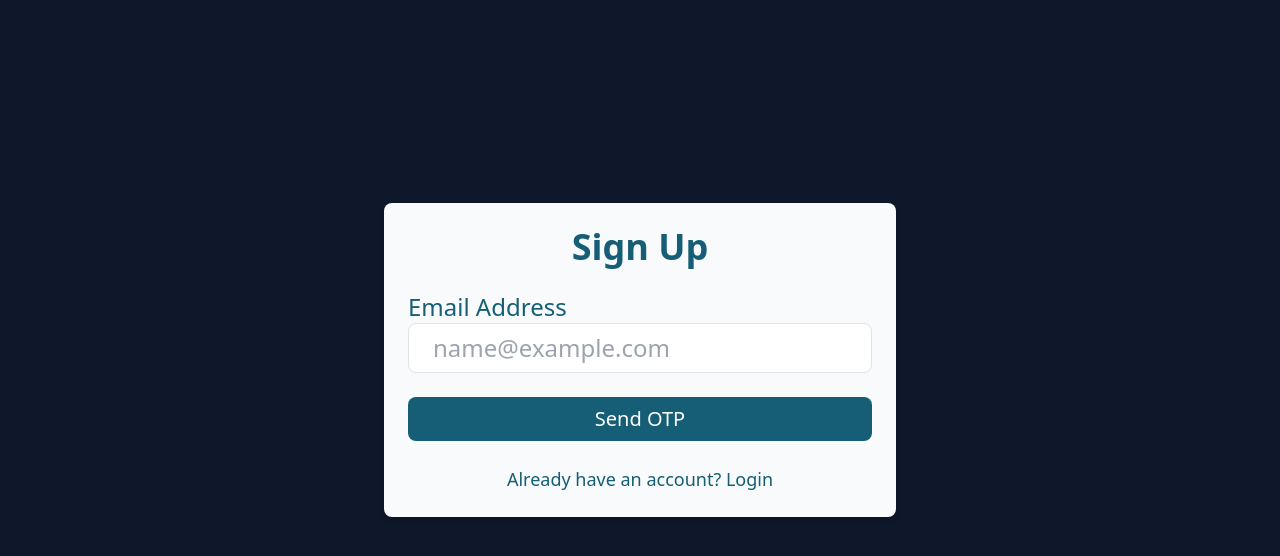
Repository: sayyad-mukthumsa-123/Movie-Verse
Page: /register (app in frontend/)
These files come from the project's save history. The page is drawn as it stood at one moment and after the next save; the edit follows.
The browser window is 1280 px wide. The pictures show the whole page.
The page's requests for data from a server got no answer. The project was rebuilt for these pictures with package versions that can differ from the ones it lists, and the page was loaded fresh each time. No one was signed in, and anything a server would have sent is missing. Also part of the build but not shown: frontend/src/pages/Welcome.jsx, frontend/src/components/Logout.jsx, frontend/src/components/Navbar.jsx, frontend/src/components/Cards.jsx, frontend/src/pages/Home.jsx, frontend/src/pages/SignIn.jsx, frontend/src/components/AvatarSelection.jsx, frontend/src/pages/MovieRecommendations.jsx and 17 more.

Above is the page before, as saved 2025-02-18 22:46:09.

### frontend/public/index.html
<!DOCTYPE html>
<html lang="en">

<head>
  <meta charset="utf-8" />
  <link rel="icon" href="%PUBLIC_URL%/favicon.ico" />
  <meta name="viewport" content="width=device-width, initial-scale=1" />
  <meta name="theme-color" content="#000000" />
  <meta name="description" content="Web site created using create-react-app" />
  <link rel="apple-touch-icon" href="%PUBLIC_URL%/logo192.png" />
  <!--
      manifest.json provides metadata used when your web app is installed on a
      user's mobile device or desktop. See https://developers.google.com/web/fundamentals/web-app-manifest/
    -->
  <link rel="manifest" href="%PUBLIC_URL%/manifest.json" />
  <link rel="stylesheet" href="https://cdn.jsdelivr.net/npm/bootstrap@5.3.2/dist/css/bootstrap.min.css"
    integrity="sha384-T3c6CoIi6uLrA9TneNEoa7RxnatzjcDSCmG1MXxSR1GAsXEV/Dwwykc2MPK8M2HN" crossorigin="anonymous" />
  <!--
      Notice the use of %PUBLIC_URL% in the tags above.
      It will be replaced with the URL of the `public` folder during the build.
      Only files inside the `public` folder can be referenced from the HTML.

      Unlike "/favicon.ico" or "favicon.ico", "%PUBLIC_URL%/favicon.ico" will
      work correctly both with client-side routing and a non-root public URL.
      Learn how to configure a non-root public URL by running `npm run build`.
    -->
  <title>MovieVerse</title>
</head>

<body>
  <noscript>You need to enable JavaScript to run this app.</noscript>
  <div id="root"></div>
  <!--
      This HTML file is a template.
      If you open it directly in the browser, you will see an empty page.

      You can add webfonts, meta tags, or analytics to this file.
      The build step will place the bundled scripts into the <body> tag.

      To begin the development, run `npm start` or `yarn start`.
      To create a production bundle, use `npm run build` or `yarn build`.
    -->
</body>

</html>

### frontend/src/index.css
/* body {
  margin: 0;
  font-family: -apple-system, BlinkMacSystemFont, 'Segoe UI', 'Roboto', 'Oxygen',
    'Ubuntu', 'Cantarell', 'Fira Sans', 'Droid Sans', 'Helvetica Neue',
    sans-serif;
  -webkit-font-smoothing: antialiased;
  -moz-osx-font-smoothing: grayscale;
}

code {
  font-family: source-code-pro, Menlo, Monaco, Consolas, 'Courier New',
    monospace;
} */


/* @tailwind base;
@tailwind components;
@tailwind utilities; */


/* @import "tailwindcss/base";
@import "tailwindcss/components";
@import "tailwindcss/utilities"; */


/* src/index.css */
@tailwind base;
@tailwind components;
@tailwind utilities;

### frontend/src/App.js
import { BrowserRouter, Route, Routes } from "react-router-dom";
import Welcome from "./pages/Welcome";
import Home from "./pages/Home";
import SignIn from "./pages/SignIn";
import SignUp from "./pages/SignUp";
import Details from "./pages/MovieDetail";
import MovieSearch from "./pages/MovieSearch";
import PopularMovies from "./pages/PopularMovies";
import TrendingMovies from "./pages/TrendingMovies";
import DirectorSearch from "./pages/DirectorSearch";
import HeroSearch from "./pages/HeroSearch";
import HeroineSearch from "./pages/HeroineSearch";
import Search from "./pages/Search";
import GenreSearch from "./pages/GenreSearch";
import LangSearch from "./pages/LangSearch";
import ProtectedRoute from "./components/ProtectedRoute"; // Import ProtectedRoute
import ProfilePage from "./pages/ProfilePage"; // ProfilePage component
import UpdateProfile from "./pages/UpdateProfile";
import ResetPassword from "./components/ResetPassword";
import ReviewRating from "./pages/ReviewRating";
import ContactUs from "./pages/ContactUs";
import MovieDetail from "./pages/MovieDetail";


const App = () => {
  return (
    <div className="App">

      <BrowserRouter>
        <Routes>

          <Route path="/" element={<Welcome />} />
          <Route path="/register" element={<SignUp />} />
          <Route path="/login" element={<SignIn />} />


          <Route
            path="/home_login"
            element={
              <ProtectedRoute>
                <Home />
              </ProtectedRoute>
            }
          />
          <Route
            path="/details"
            element={
              <ProtectedRoute>
                <Details />
              </ProtectedRoute>
            }
          />
          <Route
            path="/popular"
            element={
              <ProtectedRoute>
                <PopularMovies />
              </ProtectedRoute>
            }
          />
          <Route
            path="/trending"
            element={
              <ProtectedRoute>
                <TrendingMovies />
              </ProtectedRoute>
            }
          />
          <Route
            path="/search/movie"
            element={
              <ProtectedRoute>
                <MovieSearch />
              </ProtectedRoute>
            }
          />
          <Route
            path="/search/director"
            element={
              <ProtectedRoute>
                <DirectorSearch />
              </ProtectedRoute>
            }
          />
          <Route
            path="/search/hero"
            element={
              <ProtectedRoute>
                <HeroSearch />
              </ProtectedRoute>
            }
          />
          <Route
            path="/search/heroine"
            element={
              <ProtectedRoute>
                <HeroineSearch />
              </ProtectedRoute>
            }
          />
          <Route
            path="/search/genre"
            element={
              <ProtectedRoute>
                <GenreSearch />
              </ProtectedRoute>
            }
          />
          <Route
            path="/search/lang"
            element={
              <ProtectedRoute>
                <LangSearch />
              </ProtectedRoute>
            }
          />
          <Route
            path="/search"
            element={
              <ProtectedRoute>
                <Search />
              </ProtectedRoute>
            }
          />
          <Route
            path="/movie/:id"
            element={
              <ProtectedRoute>
                <Details />
              </ProtectedRoute>
            }
          />
          <Route path="api/profile/:email" element={
            <ProtectedRoute>
              <ProfilePage />
            </ProtectedRoute>}
          />
          <Route path="/update-profile/:email" element={
            <ProtectedRoute>
              <UpdateProfile />
            </ProtectedRoute>}
          />
          <Route path="/profile/:email" element={
            <ProtectedRoute><ProfilePage />
            </ProtectedRoute>} />
          <Route path="/reset-password/:email" element={

            <ResetPassword />

          }
          />


          {/* Movie review and rating route */}

          <Route path="/movie/:movieId/review-rating" element={
            <ProtectedRoute><ReviewRating />
            </ProtectedRoute>} />



          <Route path="/contact" element={
            <ProtectedRoute><ContactUs />
            </ProtectedRoute>} />

        </Routes>

      </BrowserRouter>
    </div>
  );
};

export default App;

### frontend/src/pages/SignUp.jsx
import React, { useEffect, useState } from "react";
import { Link, useNavigate } from "react-router-dom";
import { ToastContainer, toast } from "react-toastify";
import "react-toastify/dist/ReactToastify.css";
import { FaEye, FaEyeSlash } from "react-icons/fa";
import AvatarSelection from "../components/AvatarSelection";

const SignUp = () => {
  const [step, setStep] = useState(1);
  const [email, setEmail] = useState("");
  const [otp, setOtp] = useState("");
  const [otpSent, setOtpSent] = useState(false);
  const [isOtpVerified, setIsOtpVerified] = useState(false);
  const [username, setUsername] = useState("");
  const [password, setPassword] = useState("");
  const [confirmPassword, setConfirmPassword] = useState("");
  const [passwordVisible, setPasswordVisible] = useState(false);
  const [confirmPasswordVisible, setConfirmPasswordVisible] = useState(false);
  const [selectedAvatar, setSelectedAvatar] = useState(null);
  const navigate = useNavigate();

  useEffect(() => {
    const token = localStorage.getItem("token");
    /////see once
    if (token) {
      navigate("/home_login"); // Redirect if already logged in
    }
  }, [navigate]);

  // Validate email format
  const isValidEmail = (email) => {
    const regex = /^[a-zA-Z0-9._-]+@[a-zA-Z0-9.-]+\.[a-zAZ]{2,4}$/;
    return regex.test(email);
  };

  // Send OTP to user's email
  const sendOtp = async () => {
    if (!isValidEmail(email)) {
      toast.error("Please enter a valid email address.");
      return;
    }

    try {
      const response = await fetch("http://localhost:5000/send-otp", {
        method: "POST",
        headers: { "Content-Type": "application/json" },
        body: JSON.stringify({ email }),
      });

      const data = await response.json();
      if (response.ok) {
        toast.success("OTP sent to your email!");
        setOtpSent(true);
      } else {
        toast.error(data.message || "Error sending OTP.");
      }
    } catch (error) {
      toast.error("An error occurred. Please try again.");
    }
  };


  // Verify OTP entered by the user
  const verifyOtp = async () => {
    try {
      const response = await fetch("http://localhost:5000/verify-otp", {
        method: "POST",
        headers: { "Content-Type": "application/json" },
        body: JSON.stringify({ email, otp }),
      });

      const data = await response.json();
      if (response.ok) {
        toast.success("OTP verified successfully!");
        setIsOtpVerified(true);
        setStep(2); // Move to next step (username/password)
      } else {
        toast.error(data.message || "Invalid OTP.");
      }
    } catch (error) {
      toast.error("An error occurred. Please try again.");
    }
  };

  // Handle form submission for user registration
  const handleSubmit = async (event) => {
    event.preventDefault();

    if (!selectedAvatar) {
      toast.error("Please select an avatar.");
      return;
    }

    if (!username || !password || !confirmPassword) {
      toast.error("Please fill in all fields.");
      return;
    }

    if (password !== confirmPassword) {
      toast.error("Passwords do not match.");
      return;
    }

    try {
      const response = await fetch("http://localhost:5000/register", {
        method: "POST",
        headers: { "Content-Type": "application/json" },
        body: JSON.stringify({
          username,
          email,
          password,
          confirmPassword,
          avatar: selectedAvatar, // Include the avatar selected by the user
        }),
      });

      const data = await response.json();

      if (response.ok) {
        toast.success("Registration successful!");
        setTimeout(() => {
          navigate("/home_login"); // Redirect to login page after successful registration
        }, 2000);
      } else {
        toast.error(data.message || "Registration failed.");
      }
    } catch (error) {
      toast.error("An error occurred. Please try again later.");
    }
  };

  // Toggle password visibility
  const togglePasswordVisibility = () => setPasswordVisible(!passwordVisible);

  // Toggle confirm password visibility
  const toggleConfirmPasswordVisibility = () => setConfirmPasswordVisible(!confirmPasswordVisible);

  return (
    <div className="flex items-center justify-center min-h-screen bg-slate-900">
      <div className="w-full max-w-lg bg-slate-50 rounded-lg shadow-md p-6">
        <h1 className="text-4xl font-bold text-cyan-800 text-center mb-6">Sign Up</h1>

        {/* Step 1: Email Input and OTP Section */}
        <div className="mb-4">
          <label className="block text-2xl font-medium text-cyan-800">Email Address</label>
          <input
            type="email"
            className="w-full text-2xl px-4 py-2 border rounded-lg focus:outline-none focus:ring focus:ring-cyan-800"
            placeholder="name@example.com"
            value={email}
            onChange={(e) => setEmail(e.target.value)}
          />
        </div>

        {step === 1 && !otpSent && (
          <>
            <button
              onClick={sendOtp}
              className="bg-cyan-800 hover:bg-cyan-700 text-white text-xl py-2 px-4 rounded-lg w-full"
            >
              Send OTP
            </button>

            <div className="mt-4 text-center">
              <Link to="/login" className="text-cyan-800 text-lg">
                Already have an account? Login
              </Link>
            </div>
          </>
        )}

        {otpSent && !isOtpVerified && (
          <>
            <div className="mb-4">
              <label className="block text-xl font-medium text-cyan-800">Enter OTP</label>
              <input
                type="text"
                className="w-full text-2xl px-4 py-2 border rounded-lg focus:outline-none focus:ring focus:ring-cyan-800"
                placeholder="Enter OTP"
                value={otp}
                onChange={(e) => setOtp(e.target.value)}
              />
              <button
                onClick={verifyOtp}
                className="bg-cyan-800 hover:bg-cyan-700 text-white text-xl py-2 px-4 rounded-lg w-full mt-4"
              >
                Verify OTP
              </button>
            </div>

            <div className="mt-4 text-center">
              <Link to="/login" className="text-cyan-800 text-lg">
                Already have an account? Login
              </Link>
            </div>
          </>
        )}

        {/* Step 2: Username and Password Section */}
        {isOtpVerified && step === 2 && (
          <>
            <div className="mb-4">
              <label className="block text-2xl font-medium text-cyan-800">Username</label>
              <input
                type="text"
                className="w-full text-2xl px-4 py-2 border rounded-lg focus:outline-none focus:ring focus:ring-cyan-800"
                placeholder="Enter username"
                value={username}
                onChange={(e) => setUsername(e.target.value)}
              />
            </div>

            <div className="mb-4 relative">
              <label className="block text-2xl font-medium text-cyan-800">Password</label>
              <input
                type={passwordVisible ? "text" : "password"}
                className="w-full text-2xl px-4 py-2 border rounded-lg focus:outline-none focus:ring focus:ring-cyan-800"
                placeholder="Enter password"
                value={password}
                onChange={(e) => setPassword(e.target.value)}
              />
              <button
                onClick={togglePasswordVisibility}
                className="absolute right-4 top-10 text-cyan-800"
              >
                {passwordVisible ? <FaEyeSlash /> : <FaEye />}
              </button>
            </div>

            <div className="mb-4 relative">
              <label className="block text-2xl font-medium text-cyan-800">Confirm Password</label>
              <input
                type={confirmPasswordVisible ? "text" : "password"}
                className="w-full text-2xl px-4 py-2 border rounded-lg focus:outline-none focus:ring focus:ring-cyan-800"
                placeholder="Confirm password"
                value={confirmPassword}
                onChange={(e) => setConfirmPassword(e.target.value)}
              />
              <button
                onClick={toggleConfirmPasswordVisibility}
                className="absolute right-4 top-10 text-cyan-800"
              >
                {confirmPasswordVisible ? <FaEyeSlash /> : <FaEye />}
              </button>
            </div>

            {/* Avatar Selection */}
            <AvatarSelection onSelectAvatar={setSelectedAvatar} />

            <button
              onClick={handleSubmit}
              className="bg-cyan-800 hover:bg-cyan-700 text-white text-xl py-2 px-4 rounded-lg w-full"
            >
              Register
            </button>
          </>
        )}

      </div>

      <ToastContainer />
    </div>
  );
};

export default SignUp;

### frontend/tailwind.config.js
module.exports = {
  content: [
    "./src/**/*.{js,jsx,ts,tsx}", // Include all source files in the frontend
  ],
  theme: {
    extend: {},
  },
  plugins: [],
};

Loaded but not shown: frontend/src/index.js (common file); frontend/src/reportWebVitals.js (common file)

After the next save:
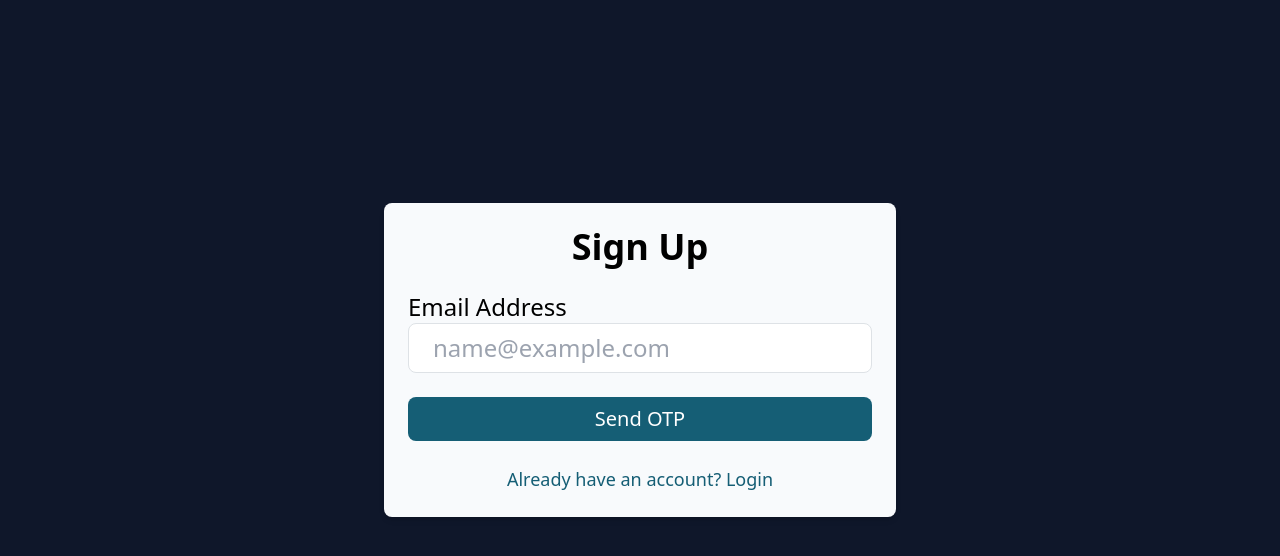
Saved 34 s later.
--- a/frontend/src/pages/SignUp.jsx
+++ b/frontend/src/pages/SignUp.jsx
@@ -138,14 +138,14 @@
   return (
     <div className="flex items-center justify-center min-h-screen bg-slate-900">
       <div className="w-full max-w-lg bg-slate-50 rounded-lg shadow-md p-6">
-        <h1 className="text-4xl font-bold text-cyan-800 text-center mb-6">Sign Up</h1>
+        <h1 className="text-4xl font-bold text-black text-center mb-6">Sign Up</h1>
 
         {/* Step 1: Email Input and OTP Section */}
         <div className="mb-4">
-          <label className="block text-2xl font-medium text-cyan-800">Email Address</label>
+          <label className="block text-2xl font-medium text-black">Email Address</label>
           <input
             type="email"
-            className="w-full text-2xl px-4 py-2 border rounded-lg focus:outline-none focus:ring focus:ring-cyan-800"
+            className="w-full text-2xl px-4 py-2 border rounded-lg focus:outline-none focus:ring focus:ring-black"
             placeholder="name@example.com"
             value={email}
             onChange={(e) => setEmail(e.target.value)}
